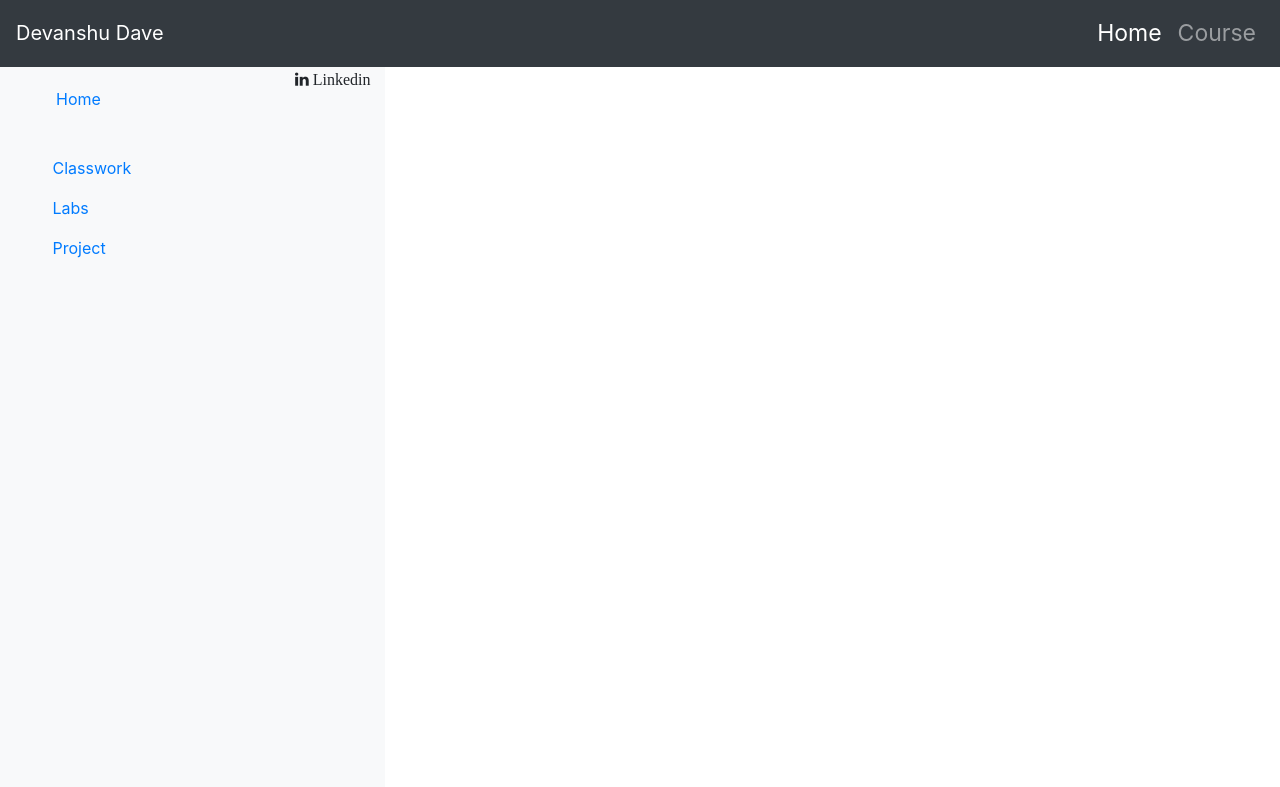
Repository: devanshudave1901/Mobile-Dev-Website
Page: course.html
These files come from the project's save history. The page is drawn as it stood at one moment and after the next save; the edit follows.
The browser window is 1280 px wide. The pictures show the whole page.
Some web libraries are served in a nearby version.

Above is the page before, as saved 2022-10-05 15:57:00.

### course.html
<!DOCTYPE html>
<html lang="en">
  <head>
    <meta charset="UTF-8" />
    <meta http-equiv="X-UA-Compatible" content="IE=edge" />
    <meta name="viewport" content="width=device-width, initial-scale=1.0" />
    <link
      rel="stylesheet"
      href="https://cdn.jsdelivr.net/npm/bootstrap@4.0.0/dist/css/bootstrap.min.css"
      integrity="sha384-Gn5384xqQ1aoWXA+058RXPxPg6fy4IWvTNh0E263XmFcJlSAwiGgFAW/dAiS6JXm"
      crossorigin="anonymous"
    />
    <link
      href="https://maxcdn.bootstrapcdn.com/font-awesome/4.2.0/css/font-awesome.min.css"
      rel="stylesheet"
    />

    <style>
      .navbar-nav {
        margin-left: auto;
        font-size: 23px;
      }
      .welcomeHeading {
        text-shadow: 2px 2px red;
        text-align: center;
      }
      .welcomeText {
        text-align: center;
        font-family: "Sofia", sans-serif;
      }
      .featurette-heading {
        font-weight: 300;
        line-height: 1;
        letter-spacing: -0.05rem;
        margin-top: 20%;
      }
      .profileIamge {
        width: 250px;

        left: 300px;
      }
      .mobileDevProfile {
        margin-top: 10%;
        left: 100px;
      }
      main {
        display: flex;
        flex-wrap: nowrap;
        height: 100vh;
        height: -webkit-fill-available;
        max-height: 100vh;
        overflow-x: auto;
        overflow-y: hidden;
      }
      .sideBar {
        height: 870px;
      }
    </style>
    <script
      src="https://code.jquery.com/jquery-3.2.1.slim.min.js"
      integrity="sha384-KJ3o2DKtIkvYIK3UENzmM7KCkRr/rE9/Qpg6aAZGJwFDMVNA/GpGFF93hXpG5KkN"
      crossorigin="anonymous"
    ></script>
    <script
      src="https://cdn.jsdelivr.net/npm/popper.js@1.12.9/dist/umd/popper.min.js"
      integrity="sha384-ApNbgh9B+Y1QKtv3Rn7W3mgPxhU9K/ScQsAP7hUibX39j7fakFPskvXusvfa0b4Q"
      crossorigin="anonymous"
    ></script>
    <script
      src="https://cdn.jsdelivr.net/npm/bootstrap@4.0.0/dist/js/bootstrap.min.js"
      integrity="sha384-JZR6Spejh4U02d8jOt6vLEHfe/JQGiRRSQQxSfFWpi1MquVdAyjUar5+76PVCmYl"
      crossorigin="anonymous"
    ></script>
    <title>Mobile Development - Lab 2</title>
  </head>
  <body>
    <nav class="navbar sticky-top navbar-expand-lg navbar-dark bg-dark">
      <a class="navbar-brand" href="#">Devanshu Dave</a>

      <div class="collapse navbar-collapse" id="navbarNavDropdown">
        <ul class="navbar-nav" mr-auto>
          <li class="nav-item active">
            <a class="nav-link" href="./index.html"
              >Home <span class="sr-only">(current)</span></a
            >
          </li>
          <li class="nav-item">
            <a class="nav-link" href="./course.html">Course</a>
          </li>
        </ul>
      </div>
    </nav>
    <main>
      <div
        class="d-flex flex-column flex-shrink-0 p-3 bg-light sideBar"
        style="width: 280px"
      >
        <a
          href="/"
          class="d-flex align-items-center mb-3 mb-md-0 me-md-auto link-dark text-decoration-none"
        >
          <svg class="bi me-2" width="40" height="32">
            <use xlink:href="#bootstrap" />
          </svg>
          <span class="fs-4">Home</span>
        </a>
        <hr />
        <ul class="nav nav-pills flex-column mb-auto">
          <li>
            <a href="index.html" class="nav-link link-dark">
              <svg class="bi me-2" width="16" height="16">
                <use xlink:href="#table" />
              </svg>
              Classwork
            </a>
          </li>
          <li class="nav-item">
            <a href="labs.html" class="nav-link" aria-current="page">
              <svg class="bi me-2" width="16" height="16">
                <use xlink:href="#home" />
              </svg>
              Labs
            </a>
          </li>
          <li>
            <a href="#" class="nav-link link-dark">
              <svg class="bi me-2" width="16" height="16">
                <use xlink:href="#speedometer2" />
              </svg>
              Project
            </a>
          </li>
        </ul>
        <hr />
      </div>
      <br />
      <br />
      <br />
      <footer class="footer bg-light">
        <div class="container">
          <i class="fa fa-brands fa-linkedin"> Linkedin</i>
        </div>
      </footer>
    </main>
  </body>
</html>

After the next save:
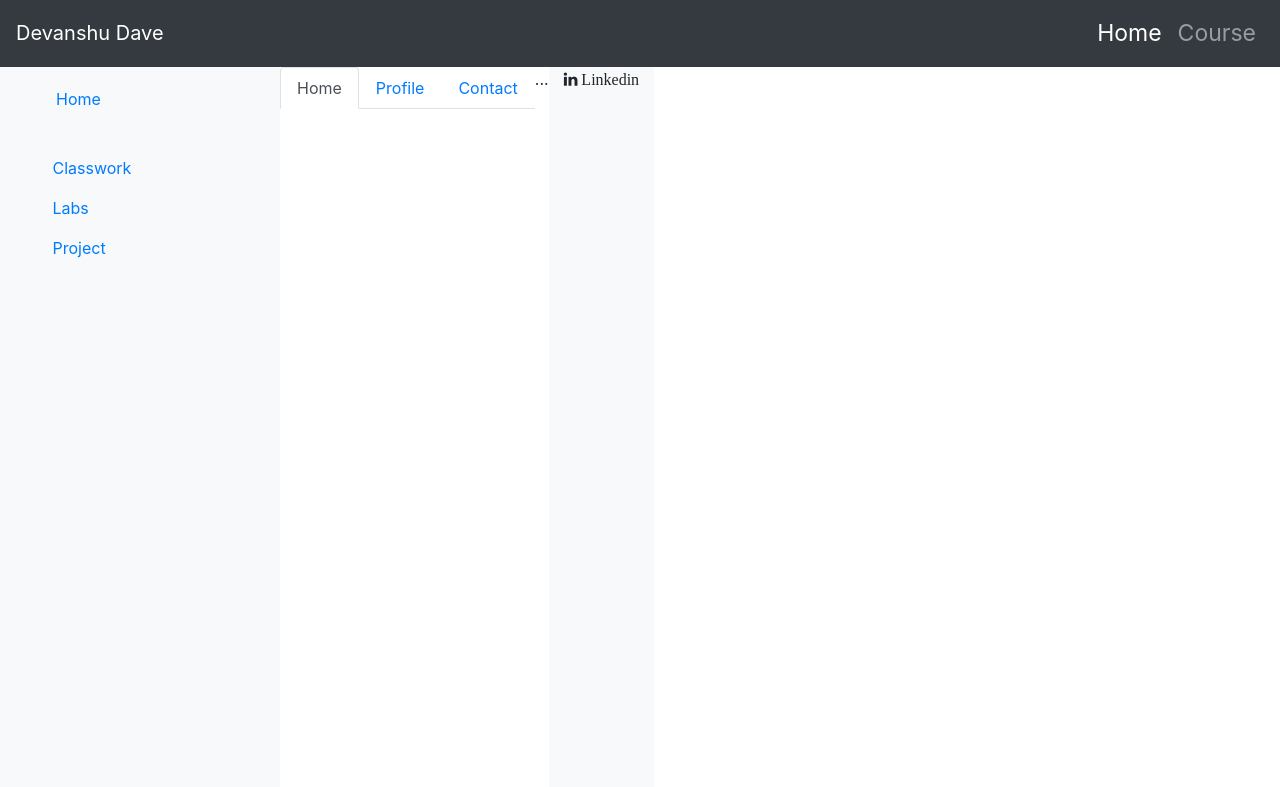
Saved 77 s later.
--- a/course.html
+++ b/course.html
@@ -136,6 +136,66 @@
       <br />
       <br />
       <br />
+      <nav>
+        <div class="nav nav-tabs" id="nav-tab" role="tablist">
+          <a
+            class="nav-item nav-link active"
+            id="nav-home-tab"
+            data-toggle="tab"
+            href="#nav-home"
+            role="tab"
+            aria-controls="nav-home"
+            aria-selected="true"
+            >Home</a
+          >
+          <a
+            class="nav-item nav-link"
+            id="nav-profile-tab"
+            data-toggle="tab"
+            href="#nav-profile"
+            role="tab"
+            aria-controls="nav-profile"
+            aria-selected="false"
+            >Profile</a
+          >
+          <a
+            class="nav-item nav-link"
+            id="nav-contact-tab"
+            data-toggle="tab"
+            href="#nav-contact"
+            role="tab"
+            aria-controls="nav-contact"
+            aria-selected="false"
+            >Contact</a
+          >
+        </div>
+      </nav>
+      <div class="tab-content" id="nav-tabContent">
+        <div
+          class="tab-pane fade show active"
+          id="nav-home"
+          role="tabpanel"
+          aria-labelledby="nav-home-tab"
+        >
+          ...
+        </div>
+        <div
+          class="tab-pane fade"
+          id="nav-profile"
+          role="tabpanel"
+          aria-labelledby="nav-profile-tab"
+        >
+          ...
+        </div>
+        <div
+          class="tab-pane fade"
+          id="nav-contact"
+          role="tabpanel"
+          aria-labelledby="nav-contact-tab"
+        >
+          ...
+        </div>
+      </div>
       <footer class="footer bg-light">
         <div class="container">
           <i class="fa fa-brands fa-linkedin"> Linkedin</i>

After the save that followed:
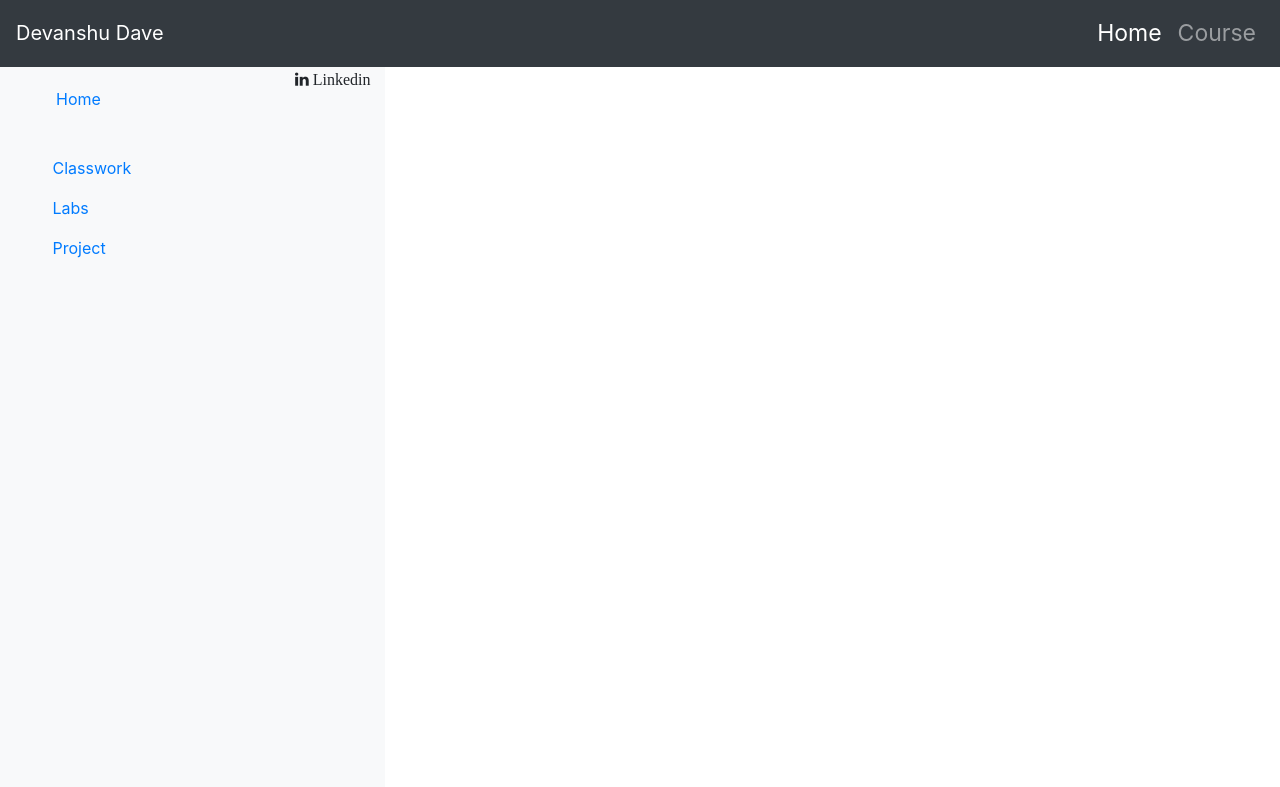
Saved 15 s later.
--- a/course.html
+++ b/course.html
@@ -136,66 +136,7 @@
       <br />
       <br />
       <br />
-      <nav>
-        <div class="nav nav-tabs" id="nav-tab" role="tablist">
-          <a
-            class="nav-item nav-link active"
-            id="nav-home-tab"
-            data-toggle="tab"
-            href="#nav-home"
-            role="tab"
-            aria-controls="nav-home"
-            aria-selected="true"
-            >Home</a
-          >
-          <a
-            class="nav-item nav-link"
-            id="nav-profile-tab"
-            data-toggle="tab"
-            href="#nav-profile"
-            role="tab"
-            aria-controls="nav-profile"
-            aria-selected="false"
-            >Profile</a
-          >
-          <a
-            class="nav-item nav-link"
-            id="nav-contact-tab"
-            data-toggle="tab"
-            href="#nav-contact"
-            role="tab"
-            aria-controls="nav-contact"
-            aria-selected="false"
-            >Contact</a
-          >
-        </div>
-      </nav>
-      <div class="tab-content" id="nav-tabContent">
-        <div
-          class="tab-pane fade show active"
-          id="nav-home"
-          role="tabpanel"
-          aria-labelledby="nav-home-tab"
-        >
-          ...
-        </div>
-        <div
-          class="tab-pane fade"
-          id="nav-profile"
-          role="tabpanel"
-          aria-labelledby="nav-profile-tab"
-        >
-          ...
-        </div>
-        <div
-          class="tab-pane fade"
-          id="nav-contact"
-          role="tabpanel"
-          aria-labelledby="nav-contact-tab"
-        >
-          ...
-        </div>
-      </div>
+
       <footer class="footer bg-light">
         <div class="container">
           <i class="fa fa-brands fa-linkedin"> Linkedin</i>
